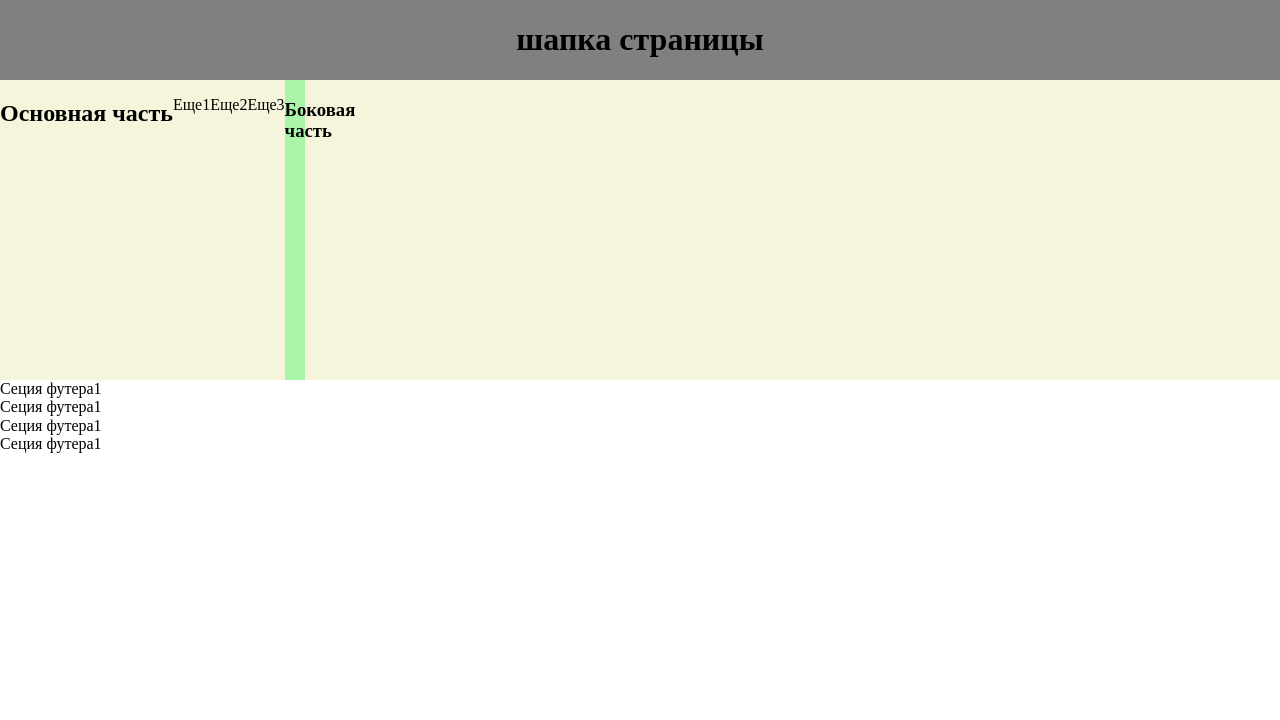
Repository: IrinaGetmanenko/week5
Page: week5/index.html
The author's editor kept a copy of each file at every save. The page is drawn from the files as they stood at one save, then again after the next save.
The browser window is 1280 px wide. The pictures show the whole page.

Above is the page before, as saved 2022-08-28 11:56:26.

### week5/index.html
<!DOCTYPE html>
<html lang="en">
<head>
    <meta charset="UTF-8">
    <meta http-equiv="X-UA-Compatible" content="IE=edge">
    <meta name="viewport" content="width=device-width, initial-scale=1.0">
    <link rel="stylesheet" href="normalize.css">
    <title>Document</title>
    <style>
        .h1{
           display: flex;
           justify-content: center;
           height: 80px;
           background-color: gray;
        }

        .container1{
            display: flex;
            height: 300px;
            background-color: beige;
        }
        .main1{


        }
        .main2{




}
       .main3{

}

.aside{
    justify-content: flex-start;
    height: 300px;
    width: 20px;
    background-color: rgb(170, 245, 170);



}
    </style>
</head>
<body>
    <header>
        <div class="h1">
            <h1>шапка страницы</h1>
    </header>

    <main>
        <div class="container1"><h2>Основная часть</h2>

        <div class="main1"></div>
        <p>Еще1</p>

        <div class="main2"></div>
        <p>Еще2</p>

        <div class="main3"></div>
        <p>Еще3</p>
        <div class="aside"><h3>Боковая часть</h3>

        </div>
    </div>

    </main>



    <footer>
        <div>Сеция футера1</div>
        <div>Сеция футера1</div>
        <div>Сеция футера1</div>
        <div>Сеция футера1</div>
    </footer>


</body>
</html>

Loaded but not shown: week5/normalize.css (library)

After the next save:
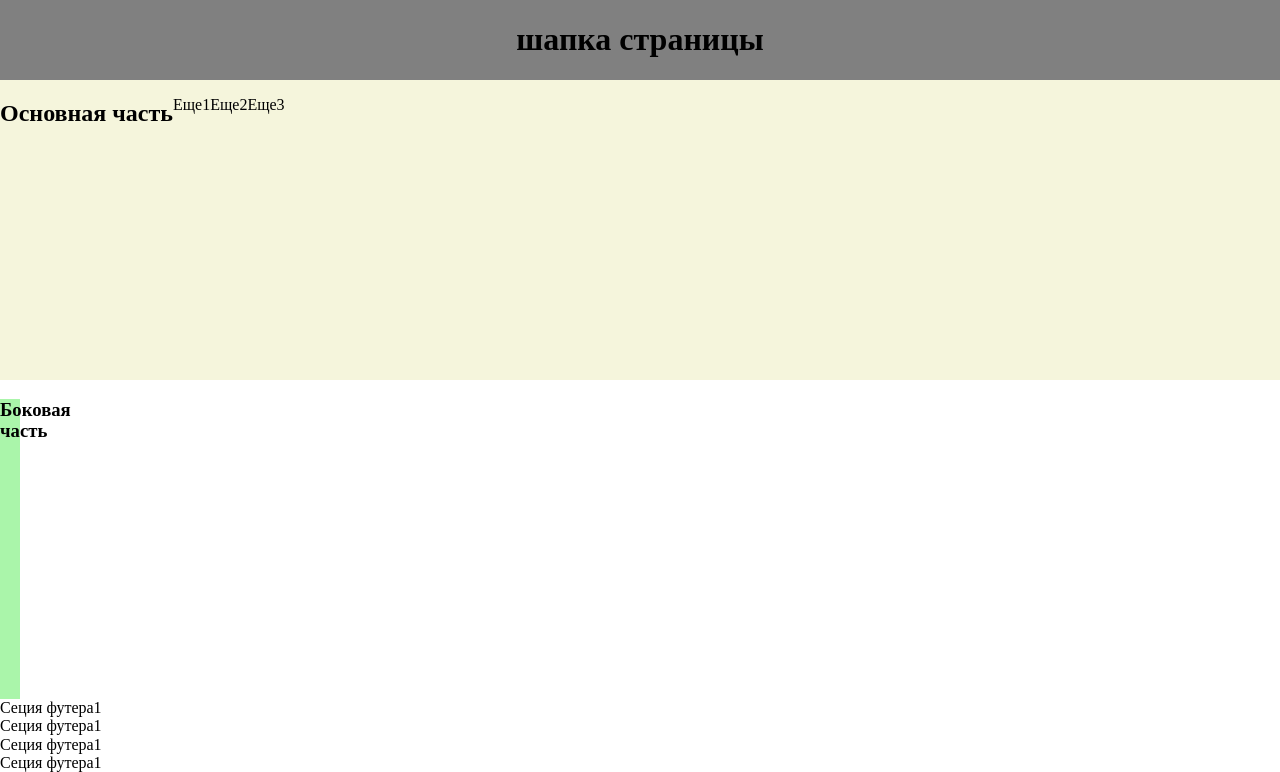
Saved 2 min 48 s later.
--- a/week5/index.html
+++ b/week5/index.html
@@ -61,9 +61,10 @@
 
         <div class="main3"></div>
         <p>Еще3</p>
-        <div class="aside"><h3>Боковая часть</h3>
 
-        </div>
+    </div>
+    <div class="container2">
+        <div class="aside"><h3>Боковая часть</h3></div>
     </div>
 
     </main>

After the save that followed:
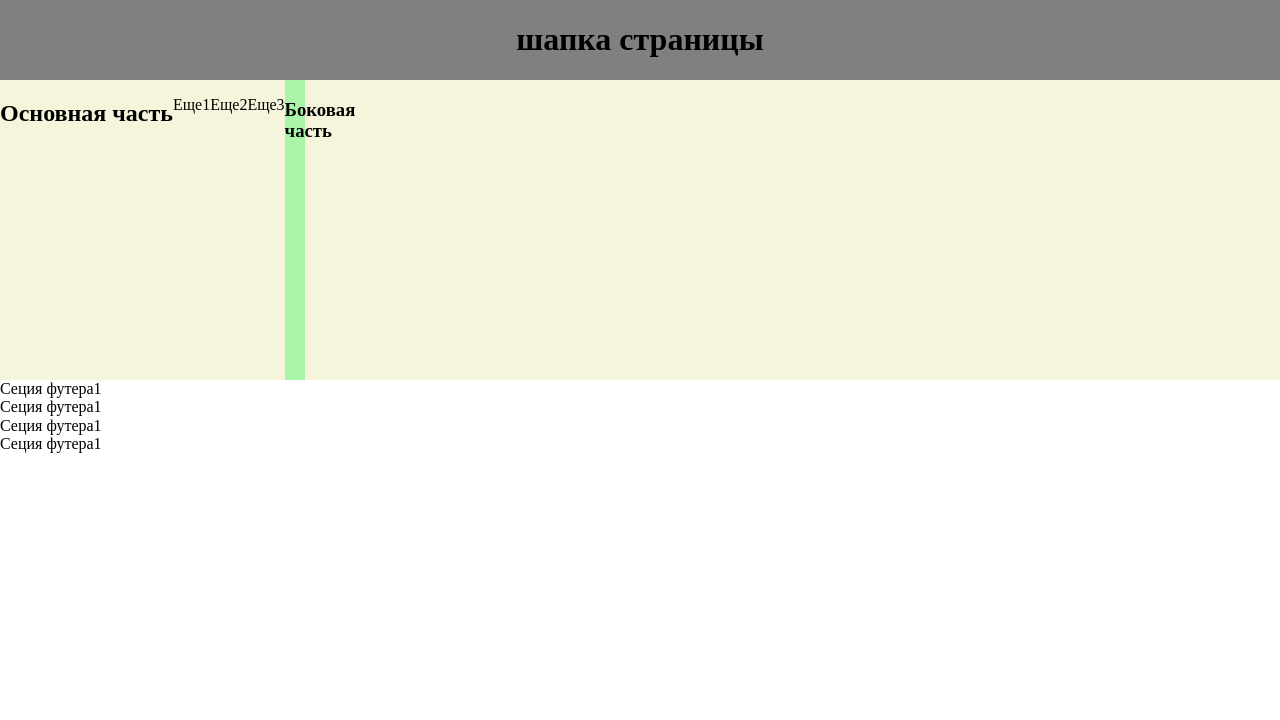
Saved 49 s later.
--- a/week5/index.html
+++ b/week5/index.html
@@ -61,10 +61,9 @@
 
         <div class="main3"></div>
         <p>Еще3</p>
+        <div class="aside"><h3>Боковая часть</h3>
 
-    </div>
-    <div class="container2">
-        <div class="aside"><h3>Боковая часть</h3></div>
+        </div>
     </div>
 
     </main>
